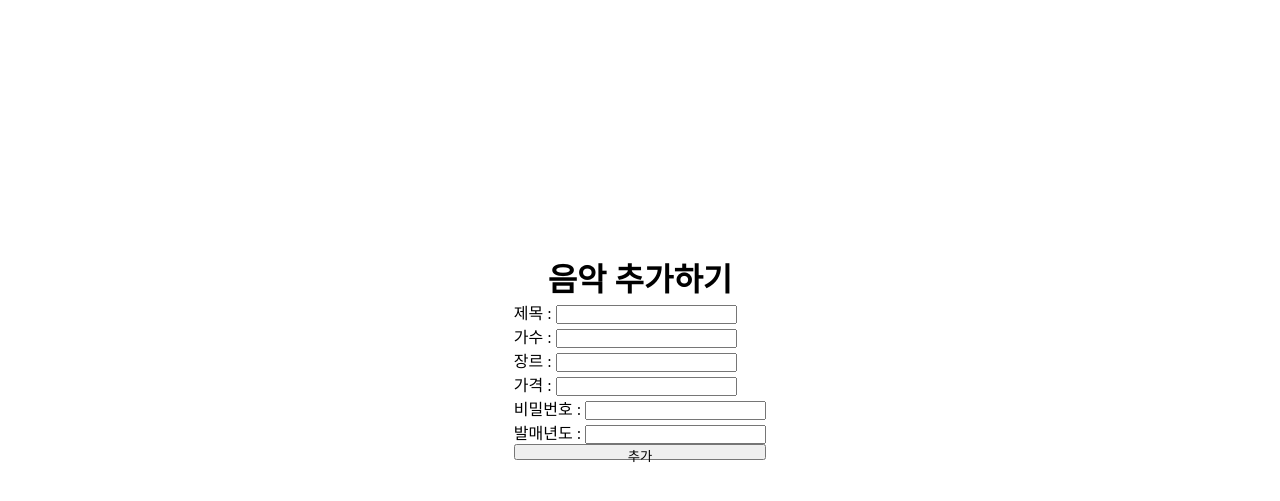
Repository: gimyoni/Music
Page: http://localhost/Music/WEB-INF/views/add.jsp
The author's editor kept a copy of each file at every save. The page is drawn from the files as they stood at one save, then again after the next save.
The browser window is 1280 px wide. The pictures show the whole page.
The page is served by Tomcat 9. Nobody is signed in. Other server files are loaded and not shown. The template is opened directly, without the code that normally fills it, so the values that code supplies are empty.

Above is the page before, as saved 2021-07-15 03:07:18.

### Music/src/main/webapp/WEB-INF/views/add.jsp
<%@ page language="java" contentType="text/html; charset=UTF-8"
    pageEncoding="UTF-8"%>
<%@ taglib prefix="c" uri="http://java.sun.com/jsp/jstl/core"%>
<link href="<c:url value="/resources/css/add.css" />" rel="stylesheet">

<!DOCTYPE html>
<html>
<head>
<meta charset="UTF-8">
<title>음악 추가하기</title>
</head>
<body>
	<h1>음악 추가하기</h1>
	<form method="post" action="/add_result" class = "menus">
		제목  : <input type="text" name="song_title"><br>
		가수 : <input type="text" name="song_singer"><br>
		장르  : <input type="text" name="song_genre"><br>
		가격  : <input type="text" name="song_price"><br>
		비밀번호    : <input type="password" name="song_passwd"><br>
		발매년도   : <input type="text" name="song_date"><br>
		<button type="submit">추가</button>
	</form>
</body>
</html>

### Music/src/main/webapp/resources/css/add.css
@charset "UTF-8";

a:link{text-decoration:none;}
a:visited{text-decoration:none;}
a:hover{text-decoration:none;}
a:active{text-decoration:none;}

*{
	margin:0;
	padding:0;
}

body{
	height: 100vh;
	display:flex;
	flex-direction : column;
	justify-content:center;
	align-items:center;
}

menus{
	display:flex;
	flex-direction : column;
	justify-content:center;
	align-items:center;
	width: 500px;
	height:600px;
	border : 1px solid black;
	box-shadow: 10px 5px 5px gray;
	border-radius:20px;
}

button {
	width:100%;
	height:10%;
}

After the next save:
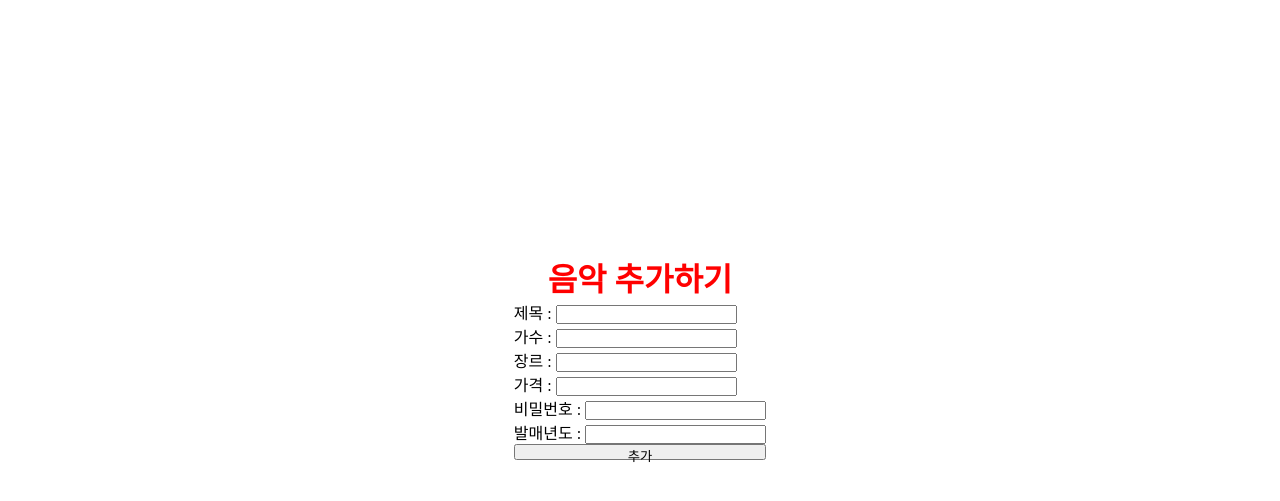
Saved 47 s later.
--- a/Music/src/main/webapp/resources/css/add.css
+++ b/Music/src/main/webapp/resources/css/add.css
@@ -9,6 +9,11 @@ a:active{text-decoration:none;}
 	margin:0;
 	padding:0;
 }
+
+h1{
+	color:red
+}
+
 
 body{
 	height: 100vh;
